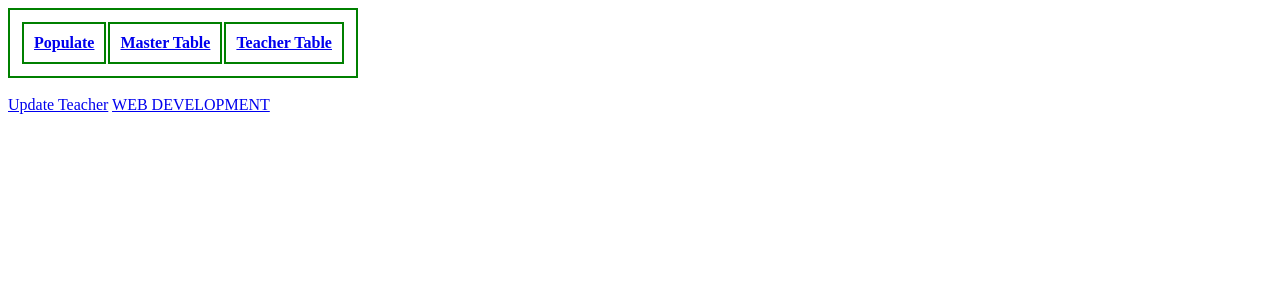
Repository: PrassanAchhaiyya/LearnersAcademy
Page: LearnersAcademy/src/main/webapp/index.html
The author's editor kept a copy of each file at every save. The page is drawn from the files as they stood at one save, then again after the next save.
The browser window is 1280 px wide. The pictures show the whole page.

Above is the page before, as saved 2022-04-27 18:53:36.

### LearnersAcademy/src/main/webapp/index.html
<!DOCTYPE html>
<html>
<head>
<meta charset="ISO-8859-1">
<title>Insert title here</title>
<style> table,td,th{border:2px solid green;padding:10px;}</style>
</head>
<body>
<table>
<tr>
<th><a href="populate" >Populate</a></th>
<th><a href="read-master-table">Master Table</a></th>
<th><a href="read-teacher-table">Teacher Table</a></th>
</tr>
</table>
<br>
<a href="update-teacher-table">Update Teacher</a>

<a href="Web.html">WEB DEVELOPMENT</a>


</body>
</html>

After the next save:
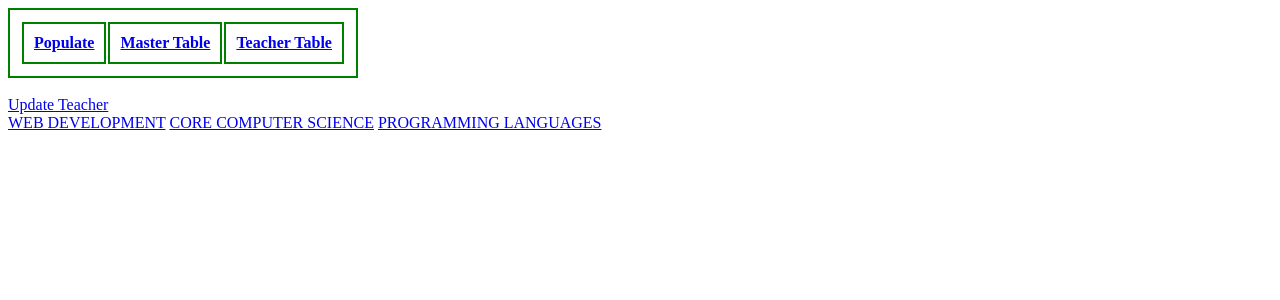
Saved 23 min 23 s later.
--- a/LearnersAcademy/src/main/webapp/index.html
+++ b/LearnersAcademy/src/main/webapp/index.html
@@ -14,9 +14,11 @@
 </tr>
 </table>
 <br>
-<a href="update-teacher-table">Update Teacher</a>
+<a href="update-teacher">Update Teacher</a><br>
 
 <a href="Web.html">WEB DEVELOPMENT</a>
+<a href="Core.html">CORE COMPUTER SCIENCE</a>
+<a href="prog.html">PROGRAMMING LANGUAGES</a>
 
 
 </body>
